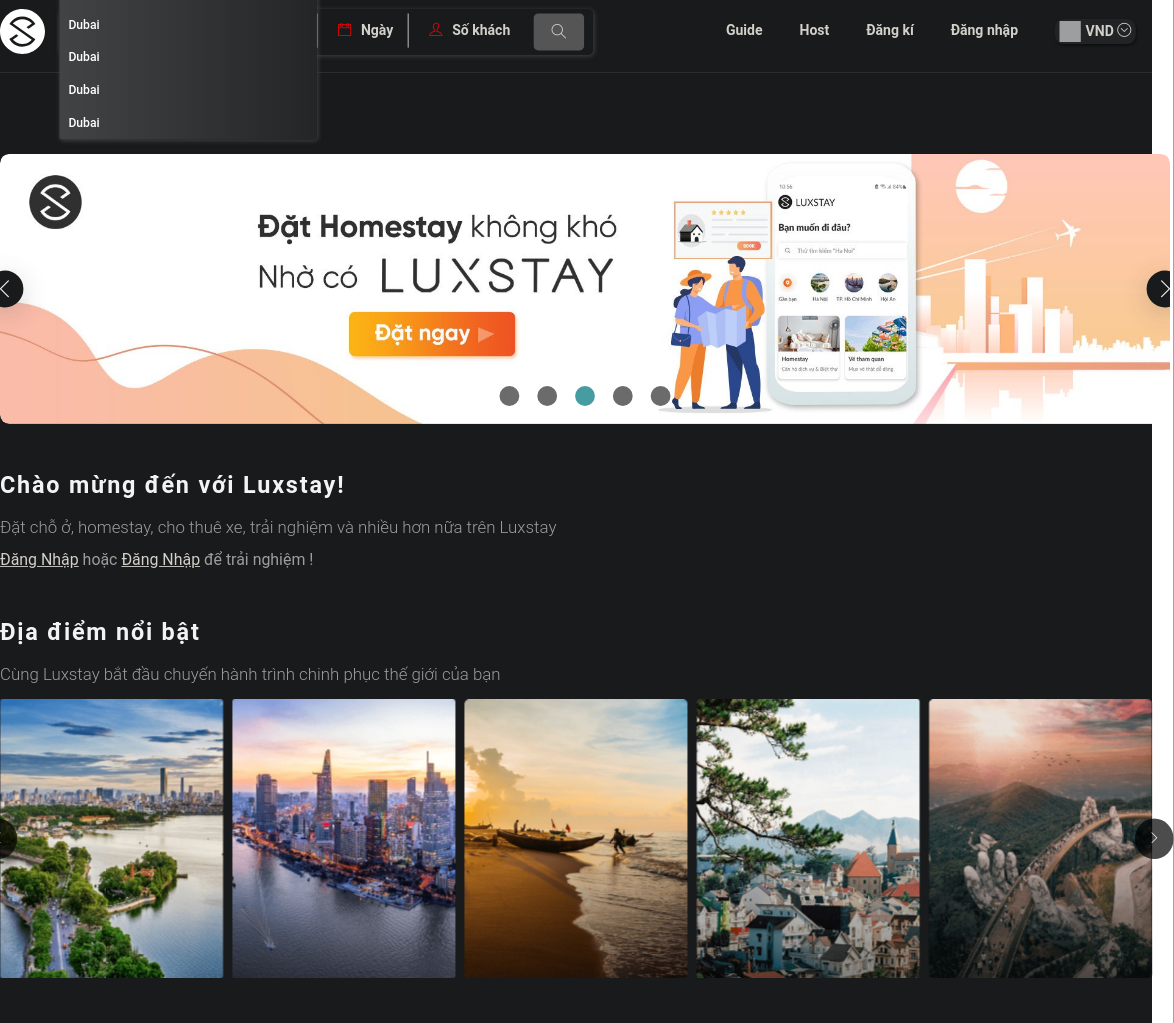
Repository: thuong22062004/Luxstay
Page: index.html
An editor plug-in stored every save of this project. The page is shown before and after the next save, followed by the edit.
The browser window is 1280 px wide. The page is 1304 px wide, so the pictures cover 1304 px, including what lies to the right of the window. The pictures show the whole page, at 90% of full size.
The first visible `.header__input-seacrch` has the focus.
Pictures or frames that could not be fetched are drawn as grey boxes. Some web libraries are served in a nearby version.

Above is the page before, as saved 2021-11-21 08:39:33.

After the next save:
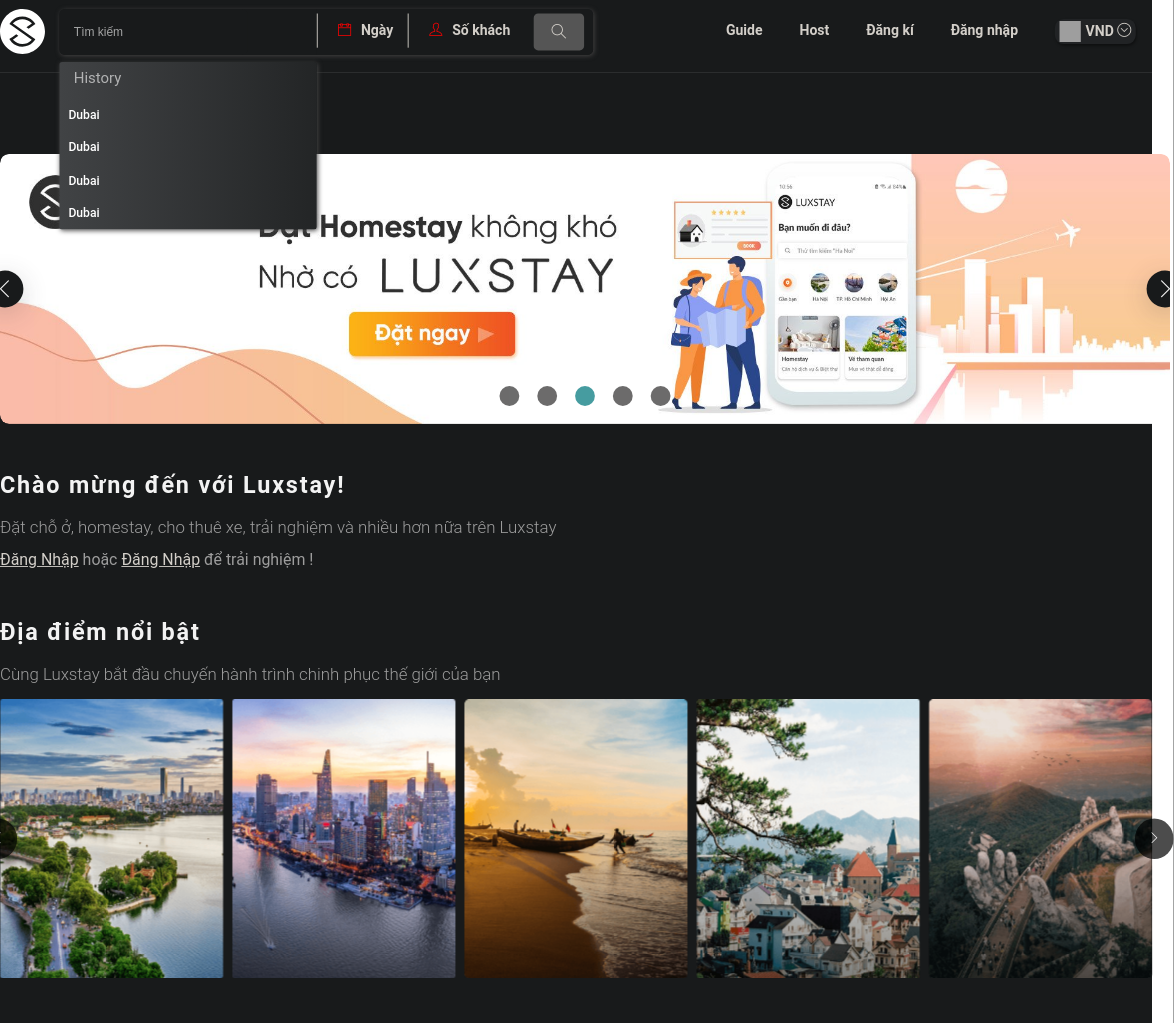
Saved 33 s later.
--- a/travel/dif.css
+++ b/travel/dif.css
@@ -242,6 +242,7 @@
 }
 .header__input-seacrch:focus ~ .history__search{
 display:block;
+transform:translateY(0px);
 }
 .container{
     background: #181a1b;
